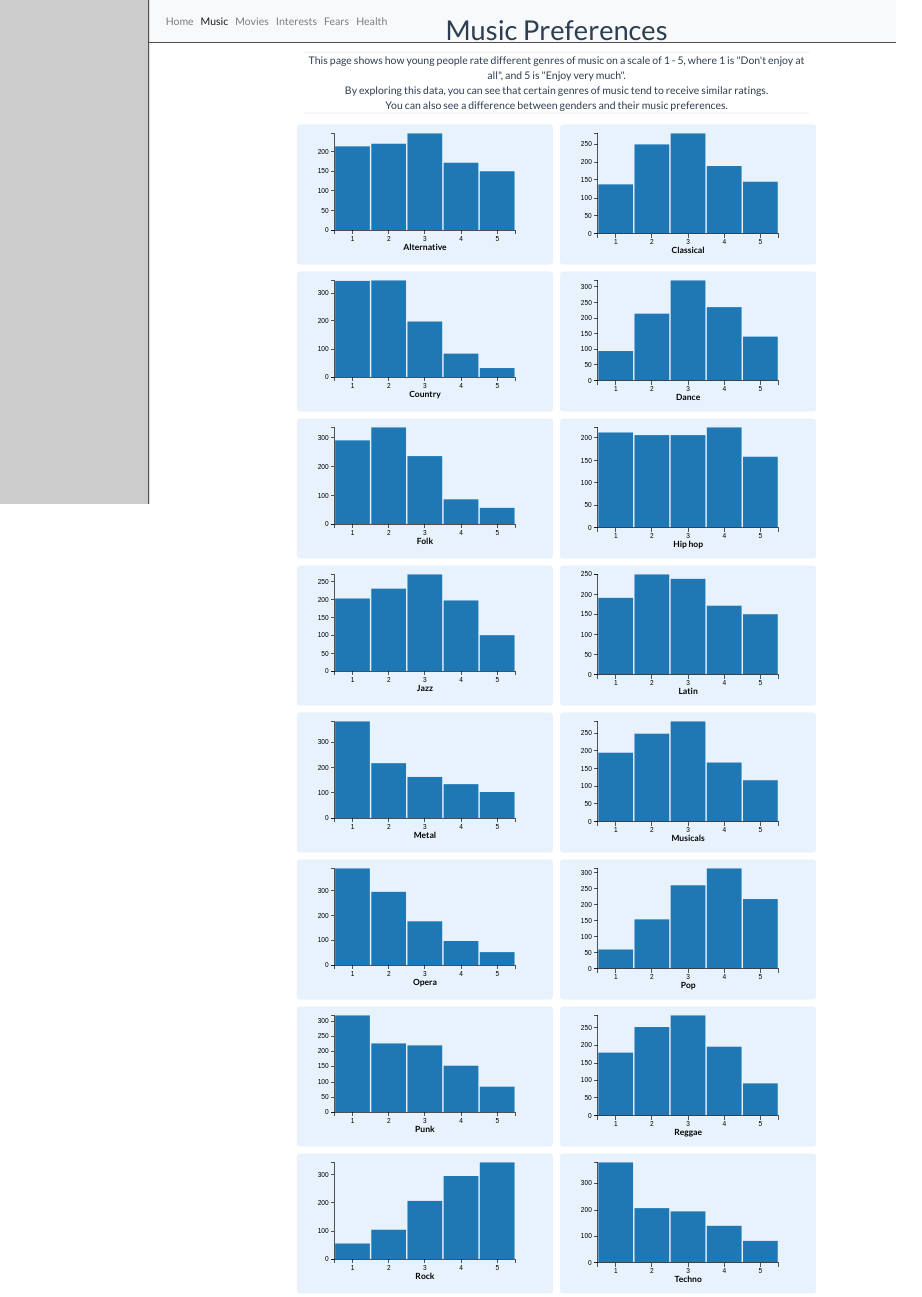
Repository: BrendanMolloy/milestone2
Page: music.html
The author's editor kept a record of every edit. The page is drawn from the files as they stood at one moment, then again after the next edit.
The browser window is 1280 px wide. The page is 1280 px wide, then 1317 px, so the pictures cover 1317 px, including what lies to the right of the window. The pictures show the whole page, at 70% of full size.
Some web libraries are served in a nearby version.

Above is the page before.

### music.html
<!DOCTYPE html>
<html lang="en">

<head>
  <meta charset="UTF-8">
  <meta name="viewport" content="width=device-width, initial-scale=1.0">
  <meta http-equiv="X-UA-Compatible" content="ie=edge">
  <title>Young People</title>

  <link rel="stylesheet" href="https://maxcdn.bootstrapcdn.com/bootstrap/4.0.0/css/bootstrap.min.css" integrity="sha384-Gn5384xqQ1aoWXA+058RXPxPg6fy4IWvTNh0E263XmFcJlSAwiGgFAW/dAiS6JXm" crossorigin="anonymous">

  <link rel="stylesheet" href="css/bootstrap.min.css" type="text/css" />
  <link rel="stylesheet" href="css/dc.min.css" type="text/css" />
  <link rel="stylesheet" href="css/style.css" type="text/css" />

  <script type="text/javascript" src="js/d3.min.js"></script>
  <script type="text/javascript" src="js/crossfilter.min.js"></script>
  <script type="text/javascript" src="js/dc.min.js"></script>
  <script type="text/javascript" src="js/queue.min.js"></script>
  <script type="text/javascript" src="js/music.js"></script>
</head>

<body>
  <!------------------------------- Navbar -------------------------------------->

  <div class="navbar-container">
    <nav class="navbar navbar-expand-lg navbar-light bg-light">
      <a class="navbar-brand" href="#">Young People</a>
      <button class="navbar-toggler" type="button" data-toggle="collapse" data-target="#navbarNav" aria-controls="navbarNav" aria-expanded="false" aria-label="Toggle navigation">
    <span class="navbar-toggler-icon"></span>
  </button>
      <div class="collapse navbar-collapse" id="navbarNav">
        <ul class="navbar-nav">
          <li class="nav-item">
            <a class="nav-link" href="index.html">Home</a>
          </li>
          <li class="nav-item active">
            <a class="nav-link" href="music.html">Music <span class="sr-only">(current)</span></a>
          </li>
          <li class="nav-item">
            <a class="nav-link" href="movies.html">Movies</a>
          </li>
          <li class="nav-item">
            <a class="nav-link" href="interests.html">Interests</a>
          </li>
          <li class="nav-item">
            <a class="nav-link" href="fears.html">Fears</a>
          </li>
          <li class="nav-item">
            <a class="nav-link" href="health.html">Health</a>
          </li>
        </ul>
      </div>
    </nav>
  </div>

  <!------------------------------- Sidebar ------------------------------------->
  <!--  filters/demographics -->
  <div class="container">
    <div class="row">
      <div class="sidenav col-xs-5 col-sm-5 col-m-5 col-lg-2">
        <div id="age" class="side-graphs"></div>
        <div id="gender-balance" class="side-graphs"></div>
        <div id="city-village" class="side-graphs"></div>
        <div id="handedness" class="side-graphs"></div>
      </div>

      <!-------------------------------- Music ------------------------------------->
      <div class="main col-xs-7 col-sm-7 col-m-7 col-lg-10">
        <h1>Music Preferences</h1>
        <p>This page shows how young people rate different genres of music on a scale of 1 - 5, where 1 is "Don't enjoy at all", and 5 is "Enjoy very much".
          <br> By exploring this data, you can see that certain genres of music tend to receive similar ratings.
          <br> You can also see a difference between genders and their music preferences.</p>
        <div class="row">
          <div id="alternative" class="col-sm-12 col-m-6 col-lg-6 badge"></div>
          <div id="classical" class="col-sm-12 col-m-6 col-lg-6 badge"></div>
          <div id="country" class="col-sm-12 col-m-6 col-lg-6 badge"></div>
          <div id="dance" class="col-sm-12 col-m-6 col-lg-6 badge"></div>
          <div id="folk" class="col-sm-12 col-m-6 col-lg-6 badge"></div>
          <div id="hiphop" class="col-sm-12 col-m-6 col-lg-6 badge"></div>
          <div id="jazz" class="col-sm-12 col-m-6 col-lg-6 badge"></div>
          <div id="latin" class="col-sm-12 col-m-6 col-lg-6 badge"></div>
          <div id="metal" class="col-sm-12 col-m-6 col-lg-6 badge"></div>
          <div id="musicals" class="col-sm-12 col-m-6 col-lg-6 badge"></div>
          <div id="opera" class="col-sm-12 col-m-6 col-lg-6 badge"></div>
          <div id="pop" class="col-sm-12 col-m-6 col-lg-6 badge"></div>
          <div id="punk" class="col-sm-12 col-m-6 col-lg-6 badge"></div>
          <div id="reggae" class="col-sm-12 col-m-6 col-lg-6 badge"></div>
          <div id="rock" class="col-sm-12 col-m-6 col-lg-6 badge"></div>
          <div id="techno" class="col-sm-12 col-m-6 col-lg-6 badge"></div>
        </div>
      </div>
    </div>
  </div>

  <script src="https://code.jquery.com/jquery-3.2.1.slim.min.js" integrity="sha384-KJ3o2DKtIkvYIK3UENzmM7KCkRr/rE9/Qpg6aAZGJwFDMVNA/GpGFF93hXpG5KkN" crossorigin="anonymous"></script>
  <script src="https://cdnjs.cloudflare.com/ajax/libs/popper.js/1.12.9/umd/popper.min.js" integrity="sha384-ApNbgh9B+Y1QKtv3Rn7W3mgPxhU9K/ScQsAP7hUibX39j7fakFPskvXusvfa0b4Q" crossorigin="anonymous"></script>
  <script src="https://maxcdn.bootstrapcdn.com/bootstrap/4.0.0/js/bootstrap.min.js" integrity="sha384-JZR6Spejh4U02d8jOt6vLEHfe/JQGiRRSQQxSfFWpi1MquVdAyjUar5+76PVCmYl" crossorigin="anonymous"></script>


</body>

</html>

### css/style.css
.section {
  text-align: center;
  padding: 0px;
}

p{
  border-top: 1px solid #e6e6e6 ;
  border-bottom: 1px solid #e6e6e6;
}

.landing p {
  background: rgba(231, 242, 253, 0.7);
    -webkit-animation: fadein 3s; /* Safari, Chrome and Opera > 12.1 */
       -moz-animation: fadein 3s; /* Firefox < 16 */
        -ms-animation: fadein 3s; /* Internet Explorer */
         -o-animation: fadein 3s; /* Opera < 12.1 */
            animation: fadein 3s;
}


.row {
  text-align: center;
}

.navbar-container {
    position: fixed;
    width: 100vw;
    border-bottom: 1px solid #000;

}

.navbar {
  z-index: 2;
  padding:0;
  padding-left:5%;
  padding-right:5%;
  margin:0;
}


.landing {
  text-align: center;
  padding-top: 60px;
  padding-right: 15%;
  padding-left: 15%;
  background: url("../images/young-people.jpg") no-repeat fixed center;
  height: 100vh;
  background-size: cover;
}

.landing-graphs {
  position: relative;
  height: 0;
  width: 100%;
  padding: 5%;
  padding-bottom: 25%;
  background: rgba(231, 242, 253, 0.9);
}

.sidenav {
  height: 100%;
  /*Full-height: remove this if you want "auto" height */
  /*width: 450px;  Set the width of the sidebar */
  position: fixed;
  /* Fixed Sidebar (stay in place on scroll) */
  z-index: 1;
  /* Stay on top */
  top: 0;
  /* Stay at the top */
  left: 0;
  background-color: #CCCCCC;
  /* Light Grey */
  overflow-x: hidden;
  /* Disable horizontal scroll */
  padding: 0;
  padding-top: 60px;
  border-right: 1px solid #000;
}

.main {
  margin-left: 250px;
  /*Same as the width of the sidebar */
  max-width: 100vw;
  padding-left: 10%;
  padding-right: 10%;
  /*padding-top: 60px; */
}

.badge {
  background-color: #E7F2FD;
  border: 5px solid #fff;
}


#music-enjoyment {
  padding: 0;
}

.side-graphs {
  text-align: center;
  width: 100%;
  padding: 20px;
}

.side-graphs#age {
  padding: 0;
}

### js/music.js
/* global queue */
/* global d3 */
/* global crossfilter */
/* global dc */

queue()
    .defer(d3.csv, "data/young-people.csv")
    .await(makeGraphs);

function makeGraphs(error, ypData){
    var ndx = crossfilter(ypData);

    // demographics //
    show_dropdown(ndx, 'Age', "#age-filter");
    show_dropdown(ndx, 'Gender', "#gender-filter");
    show_dropdown(ndx, 'Village - town', "#city-village-filter");
    show_dropdown(ndx, 'Left - right handed', "#handedness-filter")

    // music //
    /*show_enjoyment(ndx, 'Music', "#music-enjoyment", "I enjoy listening to music");*/
    show_bar_chart(ndx, 'Alternative', "#alternative", "Alternative");
    show_bar_chart(ndx, 'Classical music', "#classical", "Classical");
    show_bar_chart(ndx, 'Country', "#country", "Country");
    show_bar_chart(ndx, 'Dance', "#dance", "Dance");
    show_bar_chart(ndx, 'Folk', "#folk", "Folk");
    show_bar_chart(ndx, 'Hiphop, Rap', "#hiphop", "Hip hop");
    show_bar_chart(ndx, 'Swing, Jazz', "#jazz", "Jazz");
    show_bar_chart(ndx, 'Latino', "#latin", "Latin");
    show_bar_chart(ndx, 'Metal or Hardrock', "#metal", "Metal");
    show_bar_chart(ndx, 'Musical', "#musicals", "Musicals");
    show_bar_chart(ndx, 'Opera', "#opera", "Opera");
    show_bar_chart(ndx, 'Pop', "#pop", "Pop");
    show_bar_chart(ndx, 'Punk', "#punk", "Punk");
    show_bar_chart(ndx, 'Reggae, Ska', "#reggae", "Reggae");
    show_bar_chart(ndx, 'Rock', "#rock", "Rock");
    show_bar_chart(ndx, 'Techno, Trance', "#techno", "Techno");

    dc.utils.printSingleValue.fformat = d3.format('.0f');

    dc.renderAll();
}

function remove_empty_bins(source_group) { //eliminates empty or null values from the dataset, so graphs can render unimpeded//
    return {
        all:function () {
            return source_group.all().filter(function(d) {
                //return Math.abs(d.value) > 0.00001; // if using floating-point numbers
                return d.key !== ""; // if integers only
            });
        }
    };
}



//---------------------- Demographics Graphs ---------------------------------//

function show_pie_chart(ndx, dimensionLabel, id){
    var dim = ndx.dimension(dc.pluck(dimensionLabel));
    var group = dim.group();
    var filtered_group = remove_empty_bins(group)

    dc.pieChart(id)
        .useViewBoxResizing(true)
        .externalRadiusPadding(10)
        .innerRadius(0)
        .dimension(dim)
        .group(filtered_group)
        .legend(dc.legend())
        .on('pretransition', function(chart) {
        chart.selectAll('text.pie-slice').text(function(d) {
            return d.data.key + ' ' + dc.utils.printSingleValue((d.endAngle - d.startAngle) / (2*Math.PI) * 100) + '%';
        })
    })
}

function show_age_range(ndx){
    var dim = ndx.dimension(dc.pluck('Age'));
    var group = dim.group();
    var filtered_group = remove_empty_bins(group)

    dc.barChart("#age")
        .useViewBoxResizing(true)
        .dimension(dim)
        .group(filtered_group)
        .transitionDuration(500)
        .x(d3.scale.ordinal())
        .xUnits(dc.units.ordinal)
        .elasticY(true)
        .xAxisLabel("Age")
        .yAxis().ticks(10);
}

function show_dropdown(ndx, dimensionLabel, id) {
    var dim = ndx.dimension(dc.pluck(dimensionLabel));
    var group = dim.group();

    dc.selectMenu(id)
        .dimension(dim)
        .group(group);
}

//---------------------------- Main Graphs ----------------------------------//

function show_enjoyment(ndx, dimensionLabel, id, xlabel){
    var dim = ndx.dimension(dc.pluck(dimensionLabel));
    var group = dim.group();
    var filtered_group = remove_empty_bins(group)

    dc.barChart(id)
        .width(400)
        .height(300)
        .margins({top:10, right:50, bottom:30, left:50})
        .dimension(dim)
        .group(filtered_group)
        .transitionDuration(500)
        .x(d3.scale.ordinal())
        .xUnits(dc.units.ordinal)
        .elasticY(true)
        .xAxisLabel(xlabel)
        .yAxis().ticks(10);
}

function show_bar_chart(ndx, dimensionLabel, id, xlabel){
    var dim = ndx.dimension(dc.pluck(dimensionLabel)); //selects column from dataset
    var group = dim.group();
    var filtered_group = remove_empty_bins(group)
    /*var w = 240; //adjust graph dimensions
    var h = 180; */

    dc.barChart(id)
        /*.width(w)
        .height(h) */
        .useViewBoxResizing(true)
        .margins({top:10, right:50, bottom:30, left:50})
        .dimension(dim)
        .group(filtered_group)
        .transitionDuration(500)
        .x(d3.scale.ordinal())
        .xUnits(dc.units.ordinal)
        .elasticY(true)
        .xAxisLabel(xlabel)
        .yAxis().ticks(5);
}

Loaded but not shown: css/bootstrap.min.css (library); css/dc.min.css (library); js/d3.min.js (library); js/crossfilter.min.js (library); js/dc.min.js (library); js/queue.min.js (common file)

After the next edit:
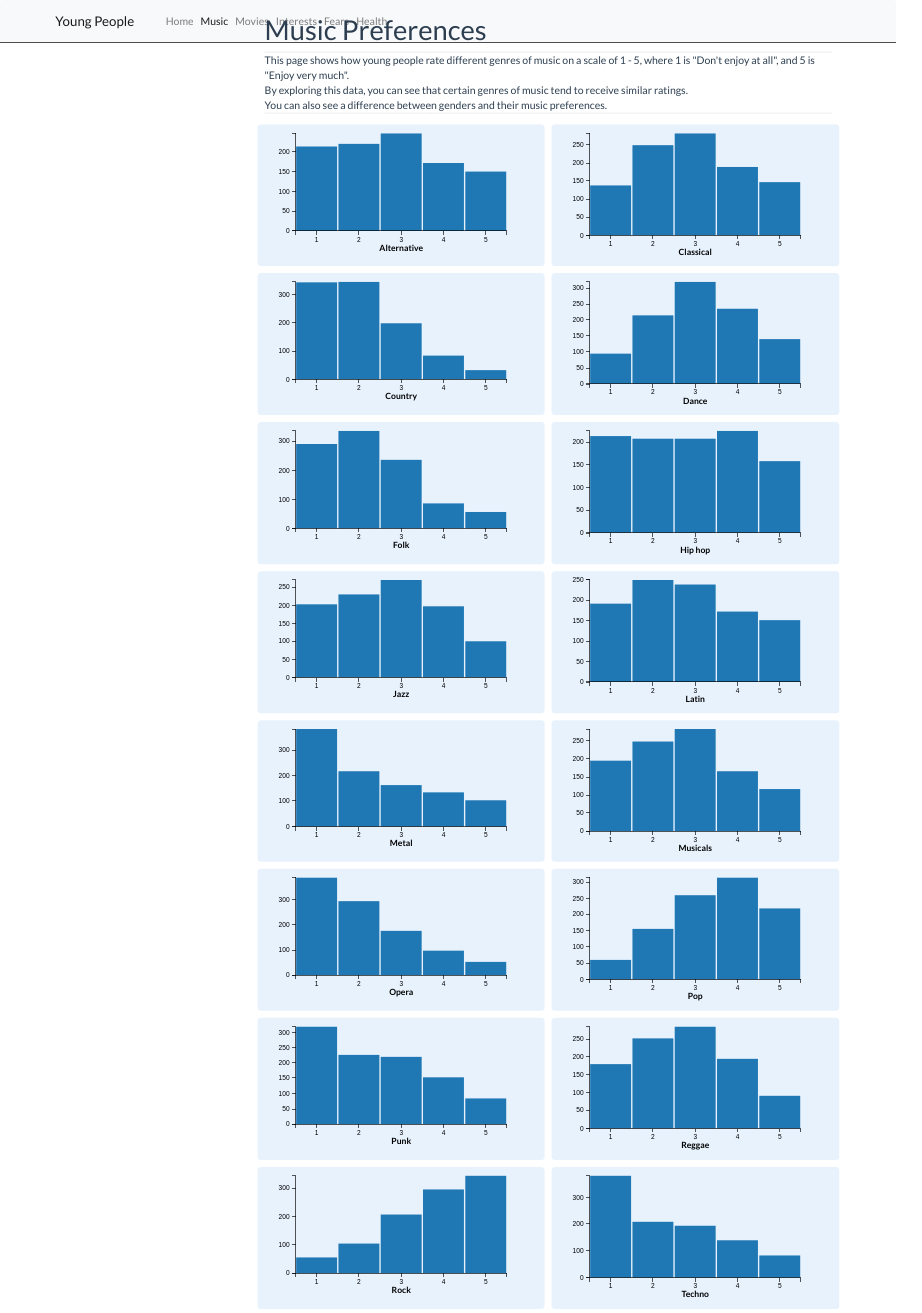
The edit:
--- a/music.html
+++ b/music.html
@@ -55,7 +55,7 @@
   </div>
 
   <!------------------------------- Sidebar ------------------------------------->
-  <!--  filters/demographics -->
+  <!--  filters/demographics
   <div class="container">
     <div class="row">
       <div class="sidenav col-xs-5 col-sm-5 col-m-5 col-lg-2">
